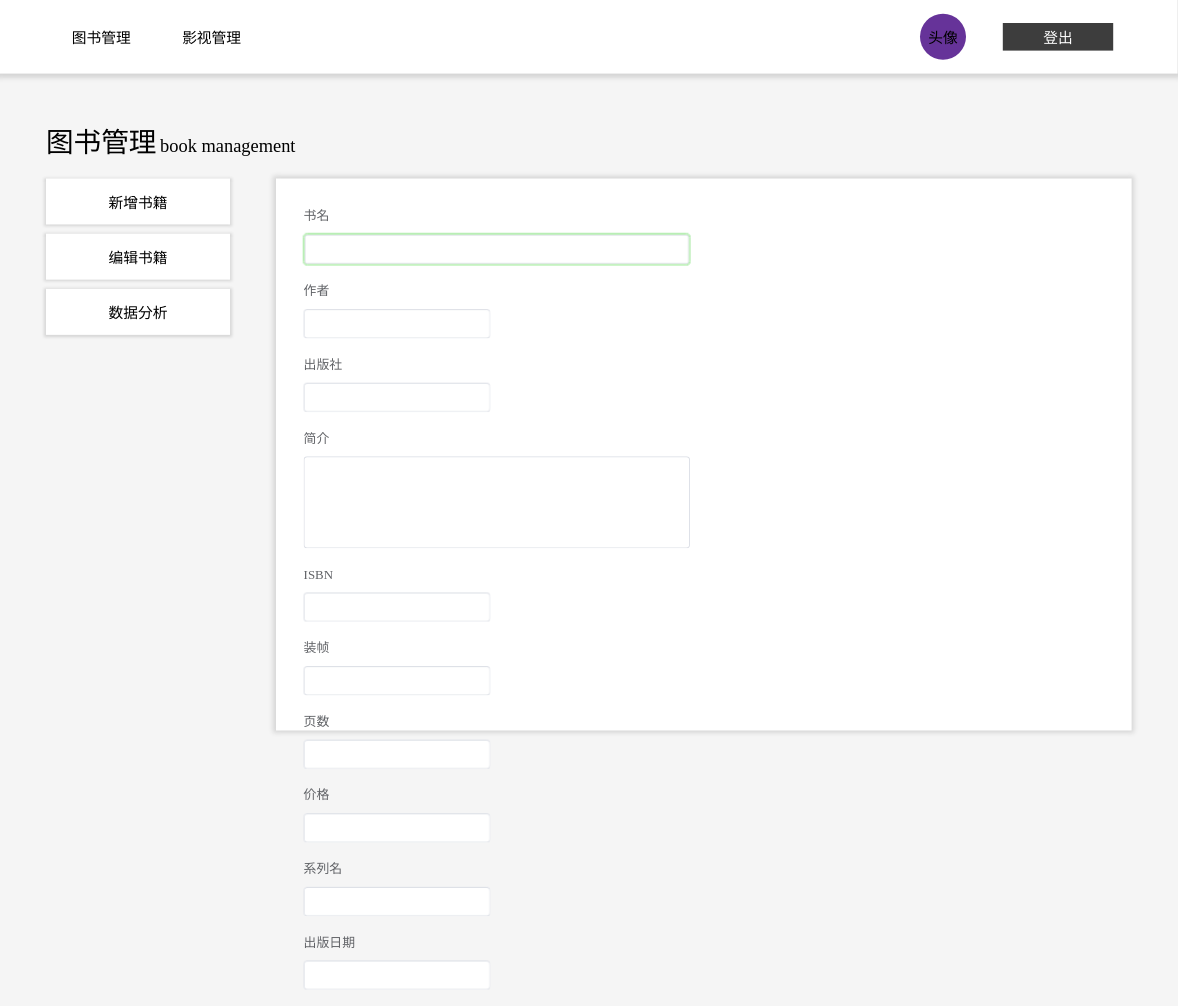
Repository: quanwangniuniu/Oasis-Reading-Platform
Page: /#/admin/books (app in Vue-frontend/)
The author's editor kept a copy of each file at every save. The page is drawn from the files as they stood at one save, then again after the next save.
The browser window is 1280 px wide. The pictures show the whole page, at 92% of full size.
The first visible `.el-input__wrapper` has the focus.
Some web fonts or font styles are not loaded; a fallback is used. The project was rebuilt for these pictures with package versions that can differ from the ones it lists, and the page was loaded fresh each time. Also part of the build but not shown: Vue-frontend/vite.config.js, Vue-frontend/src/components/Test.vue, Vue-frontend/src/components/user/books/BookCard.vue, Vue-frontend/src/components/axios/config.js, Vue-frontend/src/components/axios/api.js, Vue-frontend/src/components/user/books/Books.vue, Vue-frontend/src/components/user/movies/Favourites.vue, Vue-frontend/src/components/user/explore/Explore.vue and 10 more.

Above is the page before, as saved 2023-04-13 16:40:23.

### Vue-frontend/index.html
<!DOCTYPE html>
<html lang="en">
  <head>
    <meta charset="UTF-8">
    <meta name="viewport" content="width=device-width, initial-scale=1.0">
    <title>Vite App</title>
    <style>
      *{
        padding: 0px;
        margin: 0px;
      }

      body{
        background-color: rgb(245, 245, 245);
      }
    </style>
  </head>
  <body>
    <div id="app"></div>
    <script type="module" src="/src/main.js"></script>
  </body>
</html>

### Vue-frontend/src/main.js
import { createApp } from 'vue'
import ElementPlus from 'element-plus'
import 'element-plus/dist/index.css'
import App from './App.vue'
import router from './components/router/router'
import * as ElementPlusIconsVue from '@element-plus/icons-vue'
import './assets/font/font.css'
import './assets/css/element.css'

const app = createApp(App)
app.use(router)
app.use(ElementPlus)
app.mount('#app')
for (const [key, component] of Object.entries(ElementPlusIconsVue)) {
    app.component(key, component)
  }

### Vue-frontend/src/App.vue
<script setup>
import Test from './components/Test.vue';
</script>

<template>
  <div>
    <router-view></router-view>
  </div>
</template>

<style scoped>
</style>

### Vue-frontend/src/components/router/router.js
import {createRouter, createWebHashHistory} from 'vue-router'
import Books from '../user/books/Books.vue'
import Movies from '../user/movies/Favourites.vue'
import Explore from '../user/explore/Explore.vue'
import Login from '../user/login/Login.vue'
import SpecificBook from '../user/books/SpecificBook.vue'
import User from '../User.vue'
import Admin from '../Admin.vue'
import UserInfo from '../user/info/UserInfo.vue'
import BookSearch from '../user/books/BookSearch.vue'
import Transit from '../user/books/Transit.vue'
import BookManagement from '../admin/bookManagement/BookManagement.vue'
import MovieManagement from '../admin/movieManagement/MovieManagement.vue'

import {checkUser} from './utils.js'

const router = createRouter({
    history: createWebHashHistory(),
    routes:[
        {path:'/user', component: User, alias:['/'], children:[
            {path:'books', component: Books},
            {path:'search',name:'search', component: BookSearch},
            {path:'transit',name:'transit', component: Transit},
            {path:'books/:id', component: SpecificBook,beforeEnter: checkUser},
            {path:'movies', component: Movies},
            {path:'explore', component: Explore},
            {path:'login', component: Login},
            {path:'info', component: UserInfo, beforeEnter: checkUser},
        ]},
        {path:'/admin', component: Admin,children:[
            {path:'books', component: BookManagement},
            {path:'movies', component: MovieManagement}
        ]}
    ]
})

export default router

### Vue-frontend/src/assets/font/font.css

  @font-face {
    font-family: siyuansongti;
    src: url(./Source_Han_Serif_SC_Light_Light.otf);
    font-weight: normal;
    font-style: normal;
  }

### Vue-frontend/src/assets/css/element.css
.el-textarea__inner{
    resize: none;
    height: 100px;
}

.el-input__wrapper:focus{
    outline: 1px solid #AFECAB;
    border: 1px solid #AFECAB;
}

### Vue-frontend/src/components/Admin.vue
<script setup>
import BookManagementVue from './admin/bookManagement/BookManagement.vue';
import AdminHeader from './admin/header/AdminHeader.vue';
</script>

<template>
    <AdminHeader></AdminHeader>
    <router-view></router-view>
</template>

<style scoped>
</style>

### Vue-frontend/src/components/admin/bookManagement/BookManagement.vue
<script setup>
import LeftBar from './LeftBar.vue';
import {ref} from 'vue'


const bookItem = ref({
  title: '',
  author: '',
  publisher: '',
  ISBN: '',
  description: '',
  publish_year: '',
  page:'',
  binding: '',
  price:'',
  seriers:' '
})


</script>

<template>
  <div class="top-container">
    <div class="title">
      <span>图书管理</span>&nbsp;<span>book management</span>
    </div>
  </div>
  <div class="container">
      <LeftBar></LeftBar>
      <div class="panel">
        <div>
          <el-form
            label-position="top"
            label-width="100px"
            :model="formLabelAlign"
            style="max-width: 460px"
            :inline="true"
          >
            <el-form-item label="书名" style="width:420px">
              <el-input v-model="bookItem.title" />
            </el-form-item>
            <el-form-item label="作者">
              <el-input v-model="bookItem.author" />
            </el-form-item>
            <el-form-item label="出版社">
              <el-input v-model="bookItem.publisher" />
            </el-form-item>
            <el-form-item label="简介" style="width:420px">
                <el-input v-model="bookItem.description" type="textarea"/>
            </el-form-item>
            <el-form-item label="ISBN">
              <el-input v-model="bookItem.ISBN" />
            </el-form-item>
            <el-form-item label="装帧">
              <el-input v-model="bookItem.binding" />
            </el-form-item>
            <el-form-item label="页数">
              <el-input v-model="bookItem.page" />
            </el-form-item>
            <el-form-item label="价格">
              <el-input v-model="bookItem.price" />
            </el-form-item>
            <el-form-item label="系列名">
              <el-input v-model="bookItem.price" />
            </el-form-item>
            <el-form-item label="出版日期">
              <el-input v-model="bookItem.price" />
            </el-form-item>
          </el-form>
        </div>
      </div>
  </div>

</template>

<style scoped>
.top-container{
  margin: 50px 50px 0px 50px;
  display: flex;
  justify-content: space-between;
}

.title{
  width: 400px;
  font-family: siyuansongti;
}
.container{
  display: flex;
  margin: 20px 50px 0px 50px
}

.title span:nth-child(1){
  font-size: 30px;
}
.title span:nth-child(2){
  font-size: 20px;
}

.panel{
  box-sizing: border-box;
  flex: 1;
  height: 600px;
  background-color: white;
  box-shadow: 0 0 5px 3px rgb(214, 214, 214);
  padding: 30px;
}

</style>

### Vue-frontend/src/components/router/utils.js
export const checkUser = (from, to, next) => {
    if(localStorage.getItem('token') === null){
        next('/login')
    }else{
        next()
    }
}

### Vue-frontend/src/components/admin/header/AdminHeader.vue
<script setup>

let logout = () =>{
    localStorage.clear('token')
    localStorage.clear('type')
}

</script>

<template>
    <div>
        <div class="container">
            <div class="left">
                <div class="nav"><router-link to="/admin/books">图书管理</router-link></div>
                <div class="nav"><router-link to="/admin/movies">影视管理</router-link></div>
            </div>

            <div class="right">
                <div class="nav avata"><router-link to="/info">头像</router-link></div>
                <div class="nav login"><router-link to="/explore" @click="logout">登出</router-link></div>
            </div>

        </div>
    </div>

</template>

<style scoped>
.container{
    height: 80px;
    background-color: white;
    /* 边框模糊效果 */
    box-shadow: 0 0 5px 5px rgb(214, 214, 214);
    /* 开启flex布局 */
    display: flex;
    /* 设置元素靠右排列 */
    justify-content: space-between;
    /* 设置元素垂直居中 */
    align-items: center;
}

.left{
    display: flex;
    /* 设置元素垂直居中 */
    align-items: center;
    padding-left: 50px;
}

.right{
    display: flex;
    /* 设置元素垂直居中 */
    align-items: center;
    padding-right: 50px;
}

.nav{
    width: 80px;
    height: 30px;
    margin-left: 20px;
    margin-right: 20px;
    /* 设置nav内部a标签水平居中 */
    text-align: center;
    /* 开启flex局部 */
    display: flex;
    /* 设置nav内部a标签垂直居中 */
    align-items: center;
}

.nav a{
    width: 80px;
    /* 清除a标签默认样式 */
    text-decoration: none;
    color: black;

}

.login{
    width: 120px;
    background-color: rgb(61, 61, 61);
}

.login a{
    width: 1200px;
    color: white;
}

.avata{
    width: 50px;
    height: 50px;
    border-radius: 50%;
    background-color: rebeccapurple;
}


</style>

### Vue-frontend/src/components/admin/bookManagement/LeftBar.vue
<script setup>

</script>

<template>
    <div class="leftbar-container">
        <div class="card">
            新增书籍
        </div>
        <div class="card">
            编辑书籍
        </div>
        <div class="card">
            数据分析
        </div>
    </div>

</template>

<style scoped>
.leftbar-container{
    width: 250px;
    height: 600px;
}

.card{
    width: 200px;
    height: 50px;
    background: white;
    /* 设置卡片阴影 */
    box-shadow: 0px 1px 3px 2px rgb(214, 214, 214);
    /* 开启flex布局 文字水平垂直居中 */
    display: flex;
    justify-content: center;
    align-items:center;
    margin-bottom: 10px;
}

.card:hover{
    transform:scale(1.1);
}
</style>

After the next save:
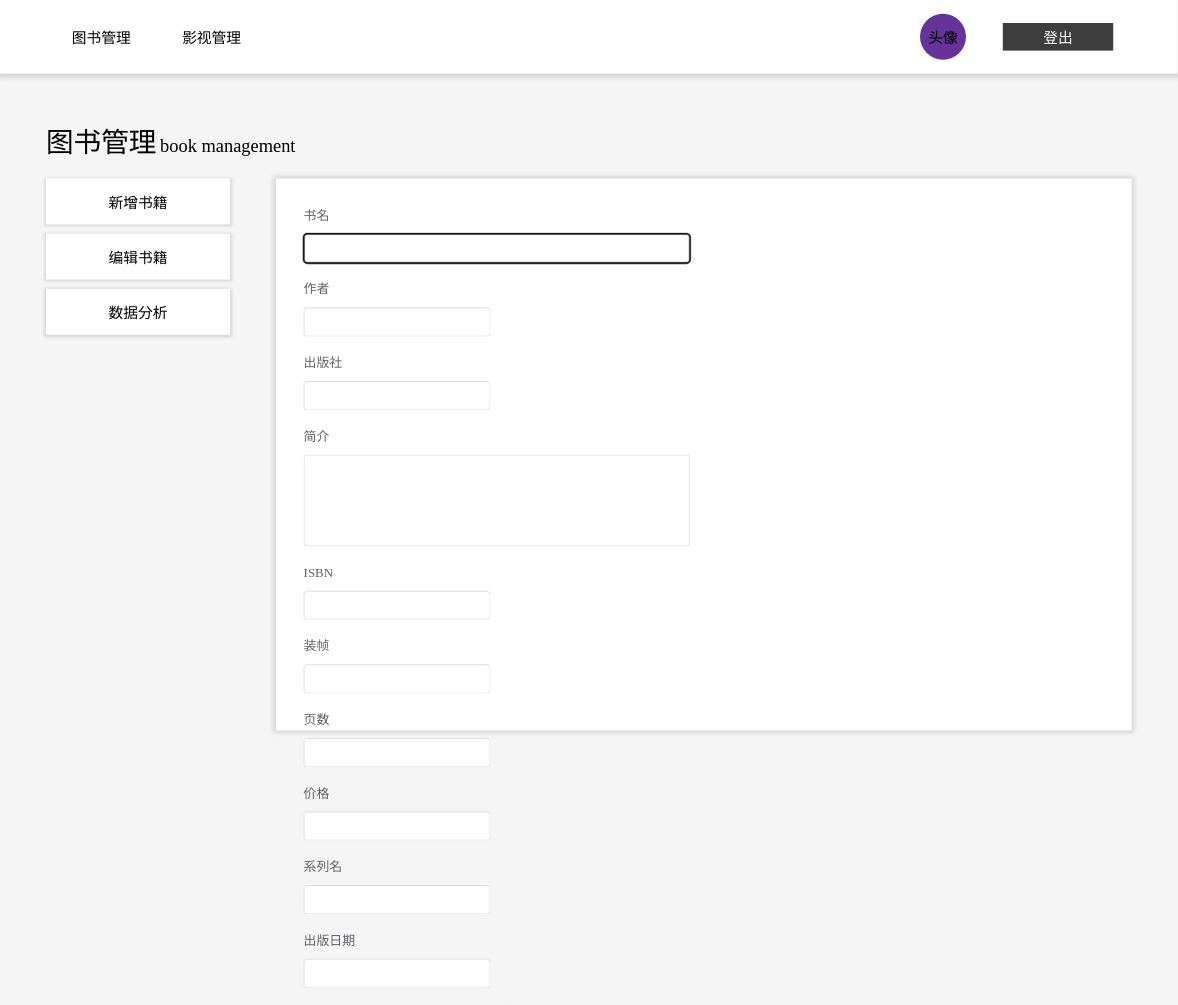
Saved 11 s later.
--- a/Vue-frontend/src/assets/css/element.css
+++ b/Vue-frontend/src/assets/css/element.css
@@ -3,7 +3,6 @@
     height: 100px;
 }
 
-.el-input__wrapper:focus{
+.el-input__inner:focus{
     outline: 1px solid #AFECAB;
-    border: 1px solid #AFECAB;
 }
